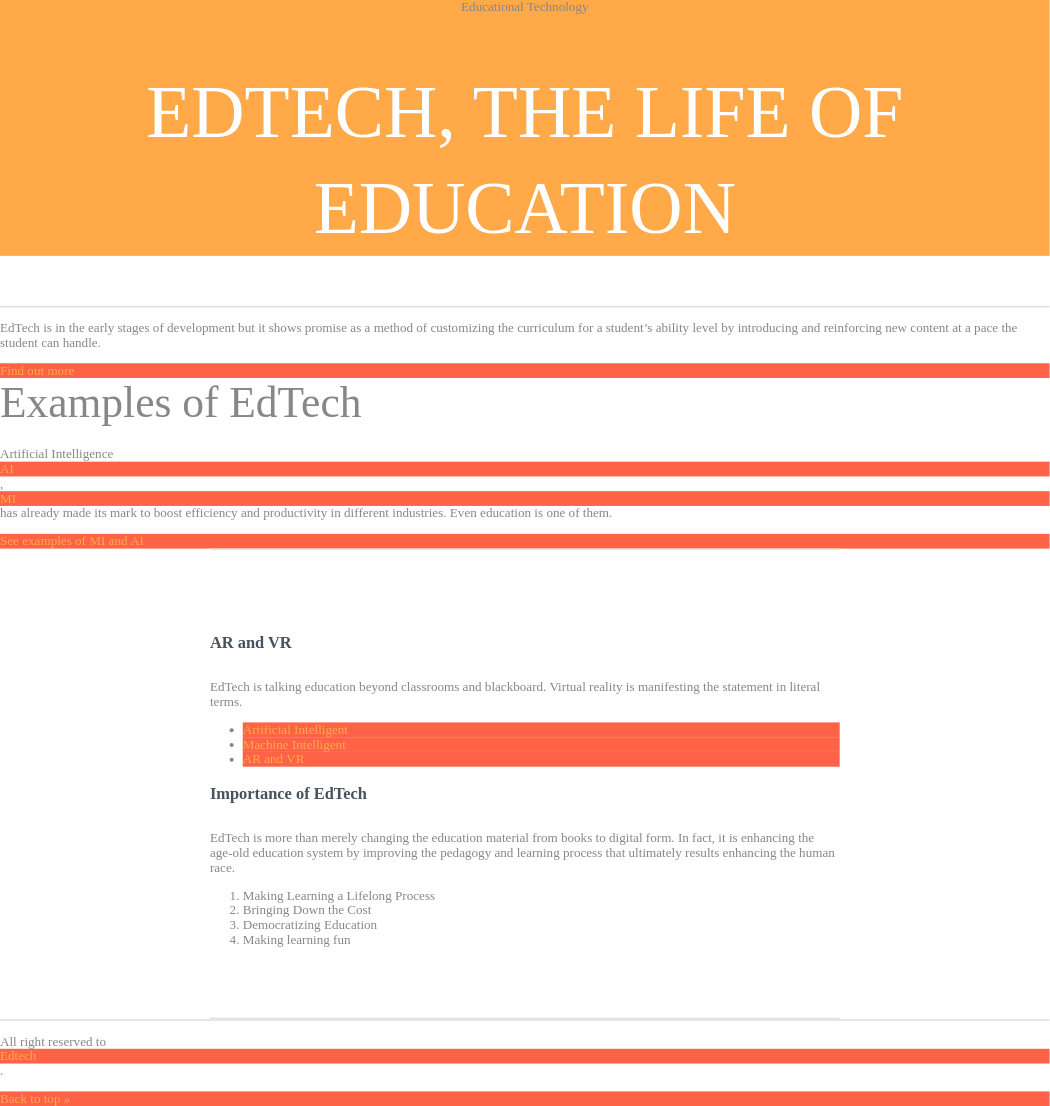
Repository: tunmishyi/edtech
Page: index.html
An editor plug-in stored every save of this project. The page is shown before and after the next save, followed by the edit.
The browser window is 1280 px wide. The pictures show the whole page, at 82% of full size.

Above is the page before, as saved 2020-06-12 01:05:31.

After the next save:
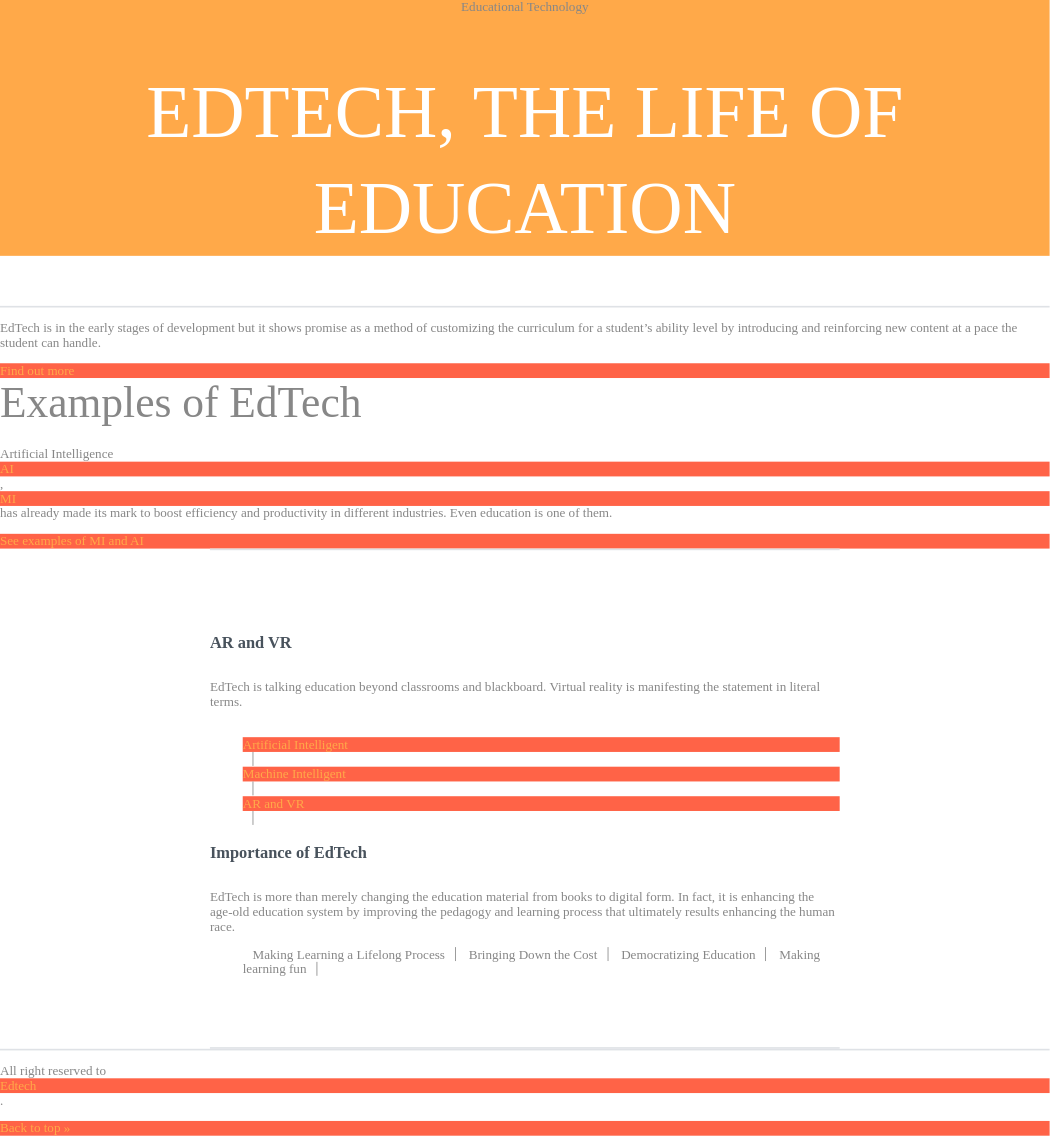
Saved 85 s later.
--- a/style.css
+++ b/style.css
@@ -26,6 +26,13 @@ h1 {
         color: #48525c;
         line-height: 1.2;
         margin-bottom: 1.7em; /* 34px */
+    }
+
+    li {
+        display: inline;
+        padding: 0 12px;
+        border-right: solid 1px;
+
     }
 
  /* Pseudo classes */
